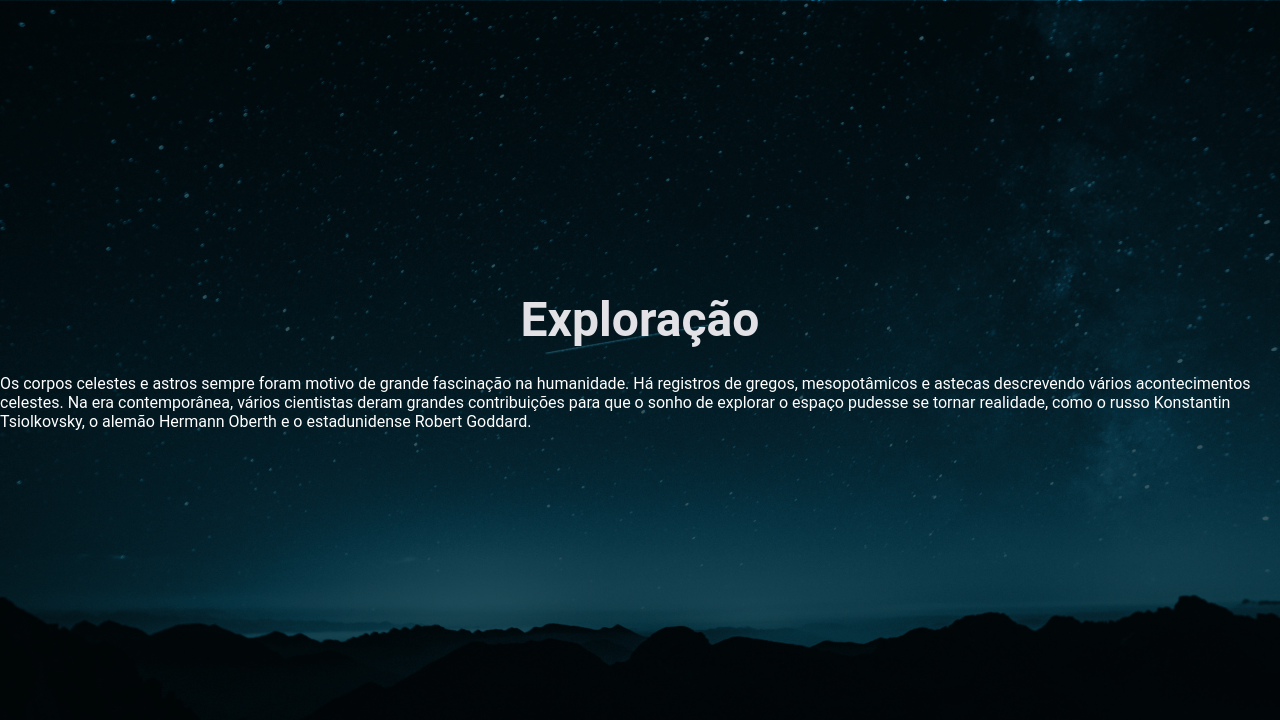
Repository: eltonneiferson/spaUniverse
Page: exploration.html
An editor plug-in stored every save of this project. The page is shown before and after a run of saves, followed by the edit.
The browser window is 1280 px wide. The pictures show the whole page.

Above is the page before, as saved 2022-10-26 23:06:29.

After the next 3 saves:
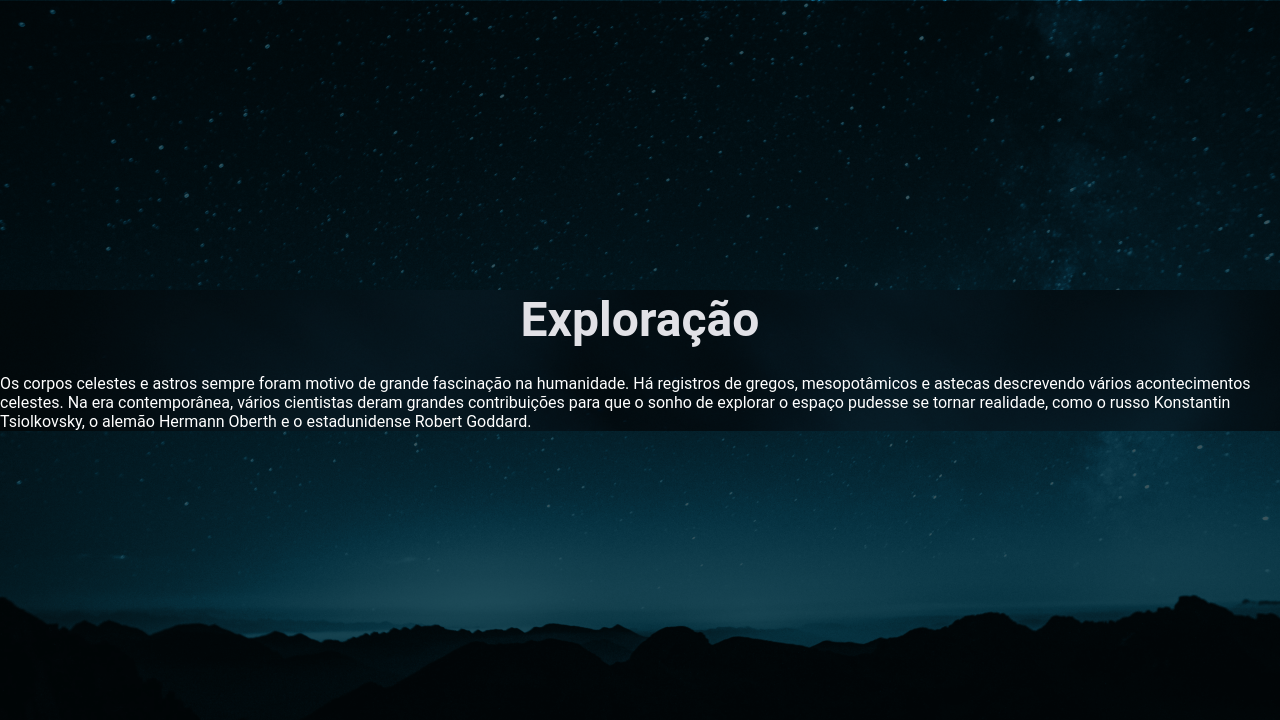
The 3 saves are shown as one change because they came seconds apart.
The last was saved 14 s later.
--- a/index.css
+++ b/index.css
@@ -99,5 +99,5 @@ main#universe p {
 
 main#exploration {
     width: 100vw;
-    back
+    background-image: url(bkg3.png);
 }
